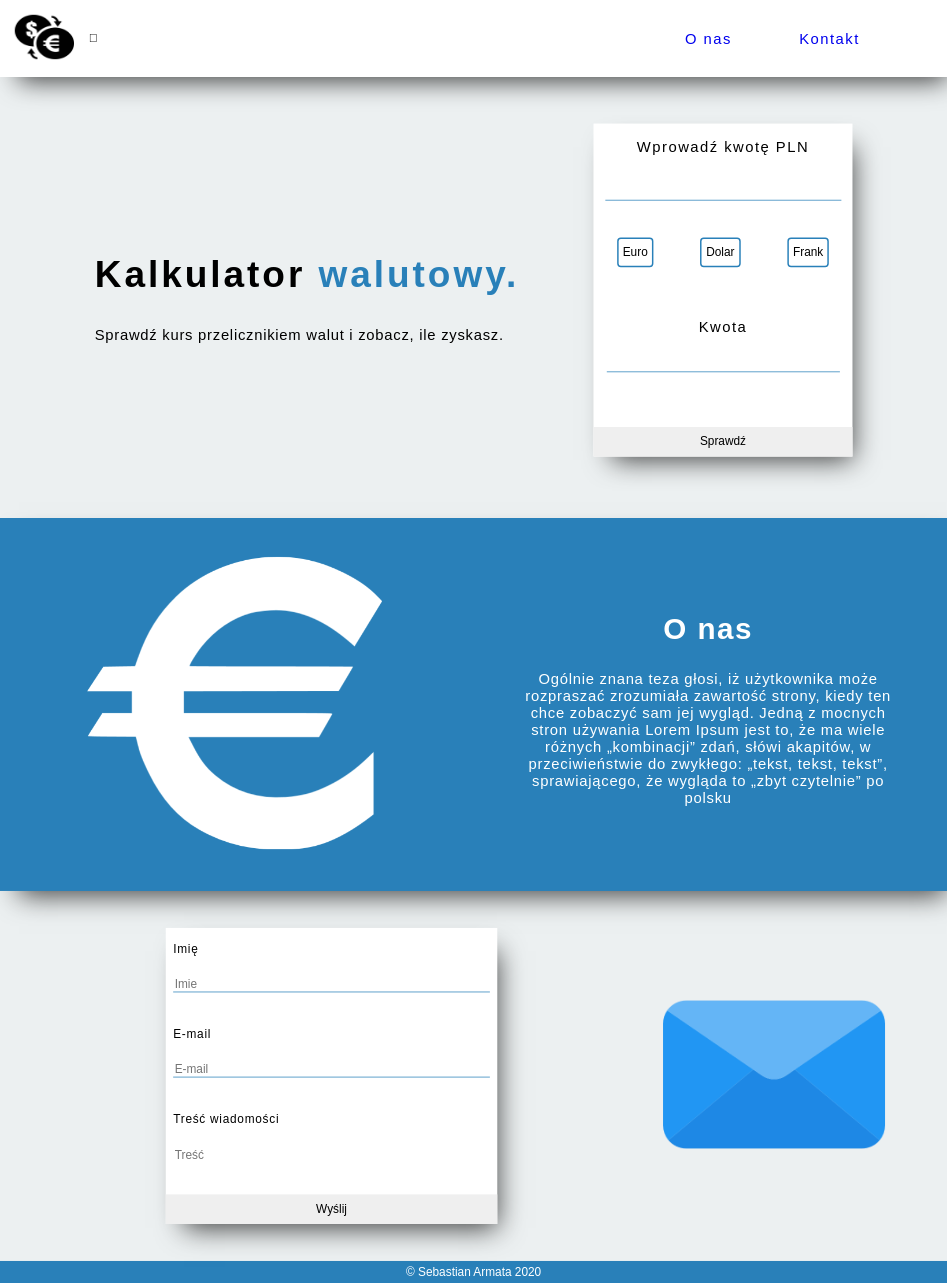
Repository: SebastianArmata22/Kalkulator-walut
Page: index.html
The author's editor kept a copy of each file at every save. The page is drawn from the files as they stood at one save, then again after the next save.
The browser window is 1280 px wide. The pictures show the whole page, at 74% of full size.
Some web libraries are served in a nearby version.

Above is the page before, as saved 2020-11-21 12:28:28.

After the next save:
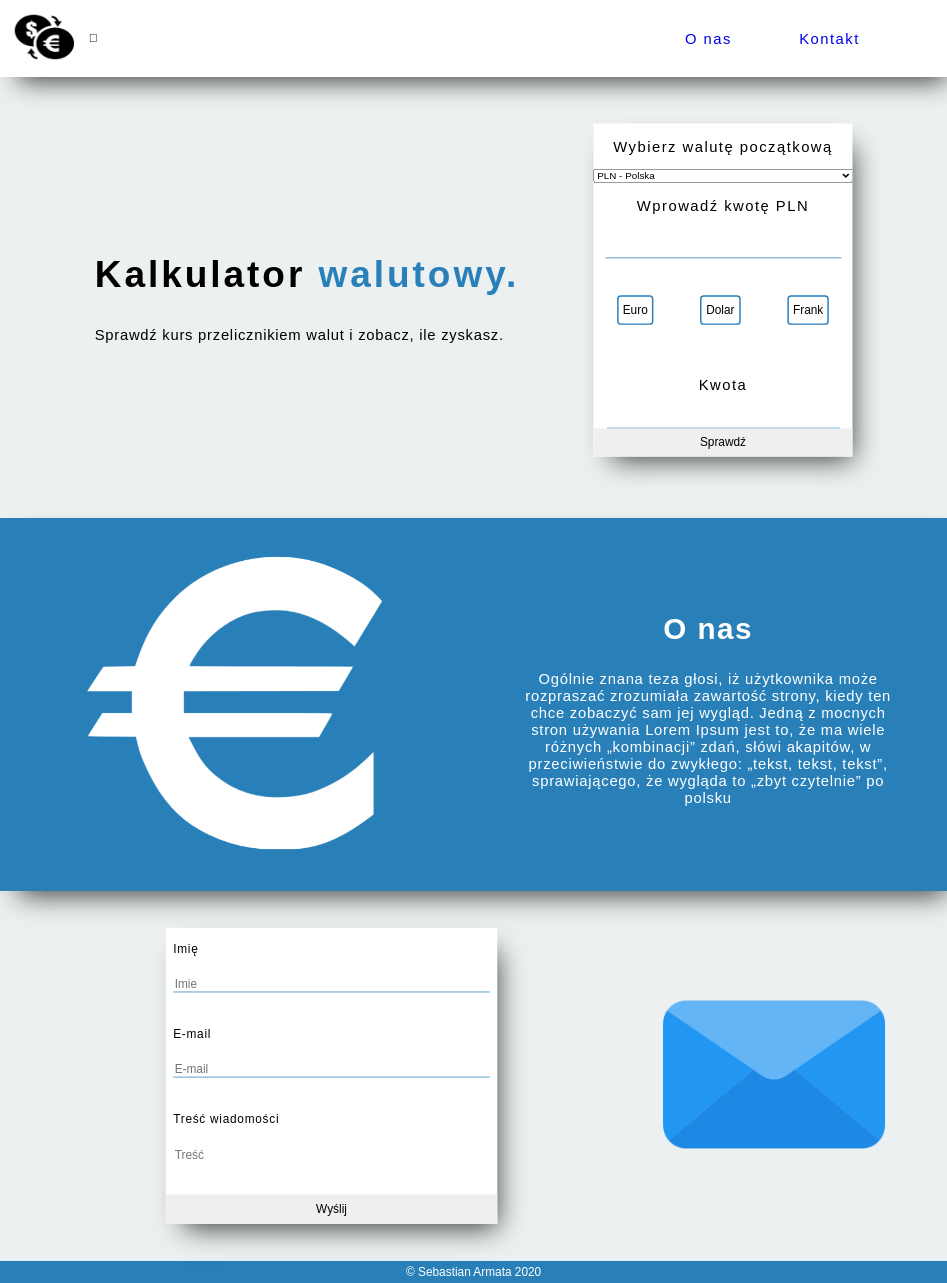
Saved 29 min 25 s later.
--- a/index.html
+++ b/index.html
@@ -36,6 +36,14 @@
                 <p>Sprawdź kurs przelicznikiem walut i zobacz, ile zyskasz.</p>
             </div>
             <div class="calculator ">
+                <label for="inputNumber" class="text-label">Wybierz walutę początkową</label><br>
+                <select name="list-currency" id="list-currency">
+                    <option value="PLN">PLN - Polska </option>
+                    <option value="EUR">EUR - Unia Europejska</option>
+                    <option value="GBW">GBW - W. Brytania</option>
+                    <option value="CHF">CHF - Szwajcaria</option>
+                    <option value="CZK">CZK - Czechy</option>
+                  </select>
                 <label for="inputNumber" class="text-label">Wprowadź kwotę PLN</label><br>
                 <input type="text" id="inputNumber">
                     <div class="inp-div">
